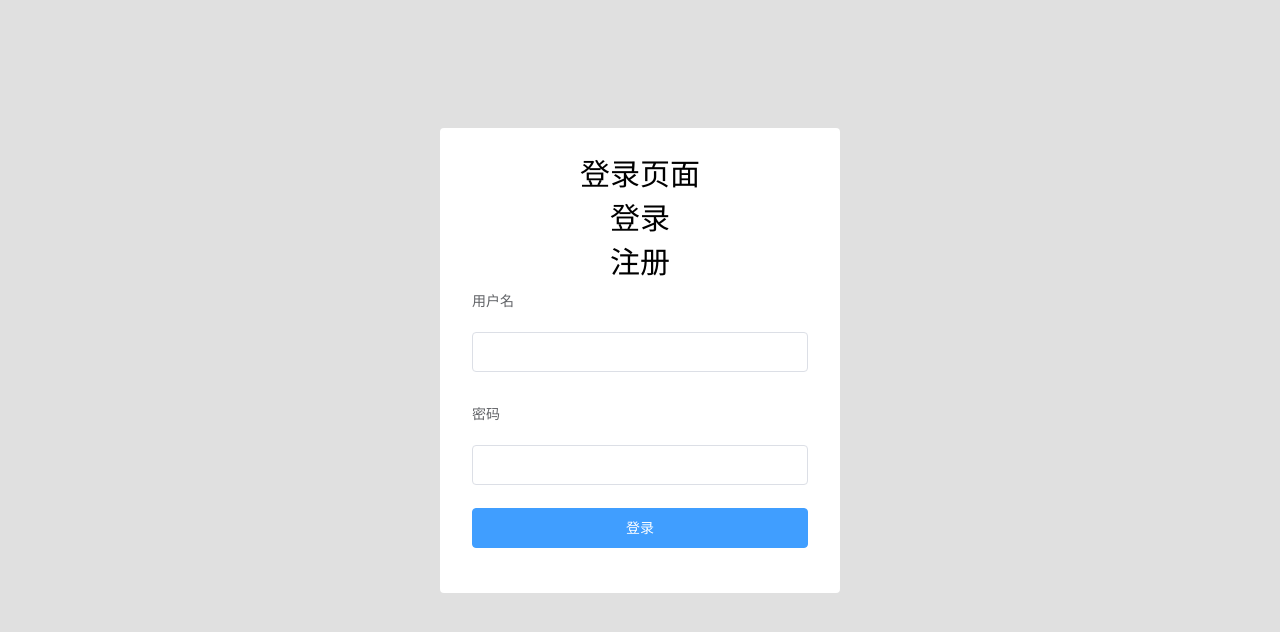
Repository: euphor1azzy/testlist
Page: /#/login (app in list/)
The author's editor kept a copy of each file at every save. The page is drawn from the files as they stood at one save, then again after the next save.
The browser window is 1280 px wide. The pictures show the whole page.
The project was rebuilt for these pictures with package versions that can differ from the ones it lists, and the page was loaded fresh each time. Also part of the build but not shown: list/src/components/common/appnav.vue, list/src/components/common/appslider.vue, list/src/views/home.vue, list/src/components/users/users.vue.

Above is the page before, as saved 2020-08-26 15:30:39.

After the next save:
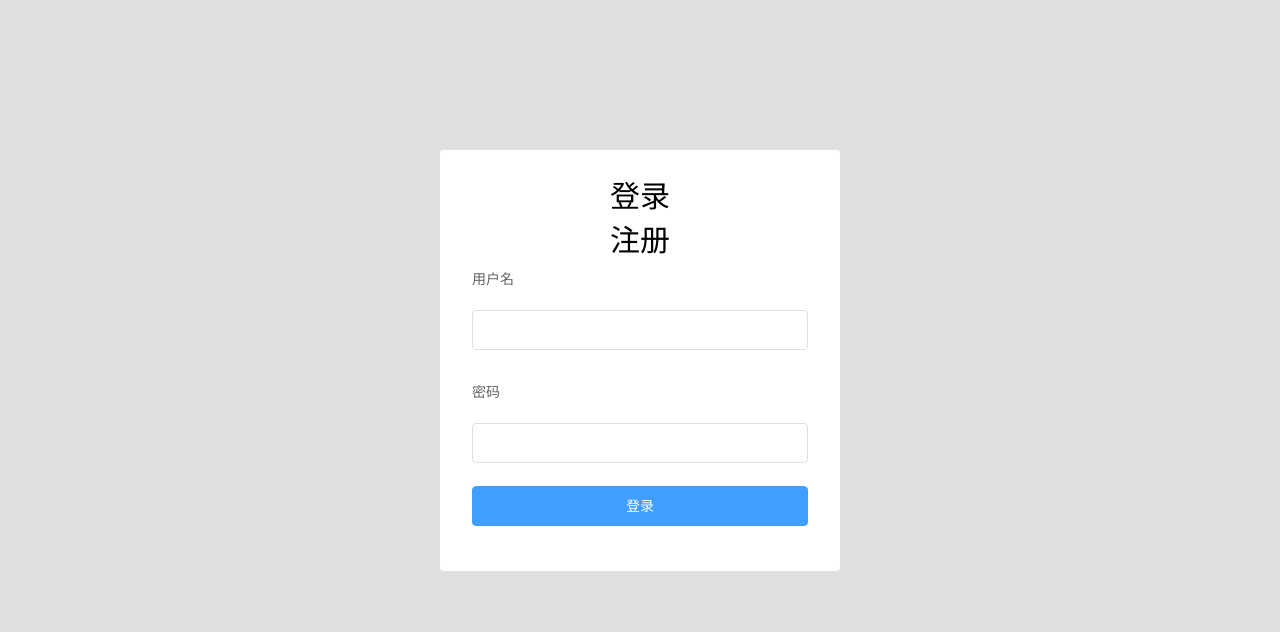
Saved 23 s later.
--- a/list/src/views/login/login.vue
+++ b/list/src/views/login/login.vue
@@ -9,7 +9,7 @@
       label-position="top"
       label-width="80px"
     >
-      <h1 style="text-align:center;font-size:30px">登录页面</h1>
+      <!-- <h1 style="text-align:center;font-size:30px">登录页面</h1> -->
       <ul  style="text-align:center;font-size:30px;text-decoration:none">
         <li v-for="item in menuTab" :key="item.id" :class="current" @click="toggleMenuTab">{{item.txt}}</li>
       </ul>
